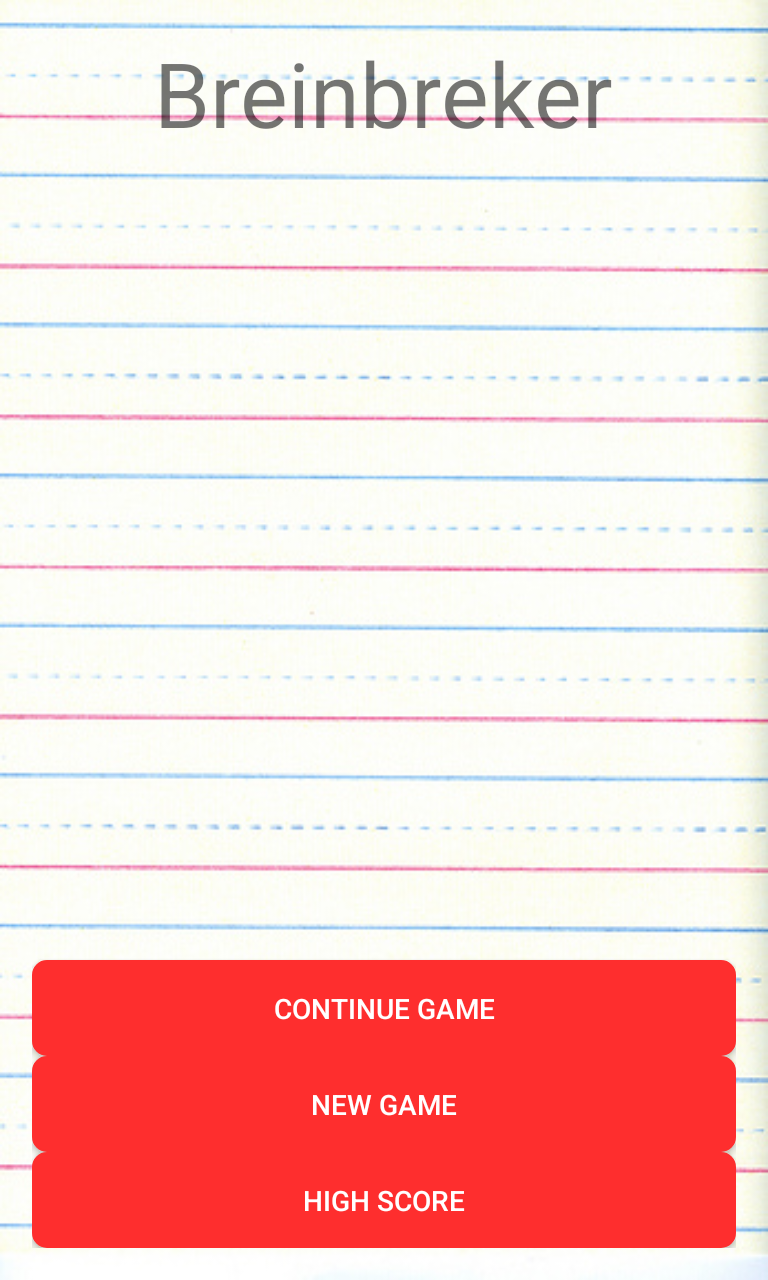
Repository: jelleswester/Breinbreker
Layout: Breinbreker/res/layout/activity_start_screen.xml
An editor plug-in stored every save of this project. The layout is shown before and after the next save, followed by the edit.
It is drawn on a 768 x 1280 px phone screen (xhdpi) without system bars, with theme AppTheme; the app's code is not run.

Above is the layout before, as saved 2015-01-22 21:03:59.

### Breinbreker/res/layout/activity_start_screen.xml
<RelativeLayout xmlns:android="http://schemas.android.com/apk/res/android"
    xmlns:tools="http://schemas.android.com/tools"
    android:layout_width="match_parent"
    android:layout_height="match_parent"
    android:paddingBottom="@dimen/activity_vertical_margin"
    android:paddingLeft="@dimen/activity_horizontal_margin"
    android:paddingRight="@dimen/activity_horizontal_margin"
    android:paddingTop="@dimen/activity_vertical_margin"
    android:background="@drawable/background"
    tools:context="nl.mprog.jelleswester.breinbreker.StartScreenActivity" >

    <TextView
        android:id="@+id/textView1"
        android:layout_width="wrap_content"
        android:layout_height="wrap_content"
        android:layout_alignParentTop="true"
        android:layout_centerHorizontal="true"
        android:text="@string/brein_breker"
        android:textSize="45sp" />

    <Button
        android:id="@+id/highScoreButton"
        android:layout_width="fill_parent"
        android:layout_height="wrap_content"
        android:layout_alignParentBottom="true"
        android:layout_centerHorizontal="true"
        android:onClick="highScoreButton"
        android:background="@drawable/button_shape"
        android:textColor="@color/white"
        android:text="@string/high_score" />

    <Button
        android:id="@+id/newGameButton"
        android:layout_width="fill_parent"
        android:layout_height="wrap_content"
        android:layout_above="@+id/highScoreButton"
        android:layout_alignLeft="@+id/highScoreButton"
        android:onClick="startButton"
        android:background="@drawable/button_shape"
        android:textColor="@color/white"
        android:text="@string/new_game" />

    <Button
        android:id="@+id/continueGameButton"
        android:layout_width="fill_parent"
        android:layout_height="wrap_content"
        android:layout_above="@+id/newGameButton"
        android:layout_alignLeft="@+id/newGameButton"
        android:onClick="startButton"
        android:background="@drawable/button_shape"
        android:textColor="@color/white"
        android:text="@string/continue_game" />

</RelativeLayout>

### Breinbreker/res/values/strings.xml
<?xml version="1.0" encoding="utf-8"?>
<resources>

    <string name="app_name">Breinbreker</string>
    <string name="hello_world">Hello world!</string>
    <string name="action_settings">Settings</string>
    <string name="title_activity_game_play">GamePlay</string>
    <string name="title_activity_high_score">HighScore</string>
    <string name="title_activity_you_won">YouWon</string>
    <string name="brein_breker">Breinbreker</string>
    <string name="start_game">START</string>
    <string name="high_score">High Score</string>
    <string name="back">Back</string>
    <string name="confirm">Confirm</string>
    <string name="you_won">You Won</string>
    <string name="congratulations">Congratulations!</string>
    <string name="high_score_entry">Please enter your name for your high score:</string>
    <string name="example_name">Bob</string>
    <string name="example_high_score">1.    Bob               03:59:15</string>
    <string name="characters">AAAA</string>
    <string name="symbol">+</string>
    <string name="symbol_equal">=</string>
    <string name="text">1234</string>
    <string name="continue_game">Continue Game</string>
    <string name="new_game">New Game</string>


</resources>

### Breinbreker/res/drawable-hdpi/button_shape.xml
<?xml version="1.0" encoding="UTF-8"?>
<shape
    xmlns:android="http://schemas.android.com/apk/res/android">
    <stroke
        android:width="1dp"
        android:color="#FE2E2E"/>
    <corners
        android:radius="7dp" />

    <padding
        android:left="1dp"
        android:right="1dp"
        android:top="1dp"
        android:bottom="1dp"/>

    <solid android:color="#FE2E2E"/>

</shape>

### Breinbreker/res/values/color.xml
<?xml version="1.0" encoding="utf-8"?>
<resources>
    <item name="white" type="color">#FFFFFF</item>
</resources>

Loaded but not shown: Breinbreker/res/values/styles.xml (common file); Breinbreker/res/values-v11/styles.xml (common file); Breinbreker/res/values-v14/styles.xml (common file); Breinbreker/res/values/dimens.xml (common file); Breinbreker/res/values-w820dp/dimens.xml (common file)

After the next save:
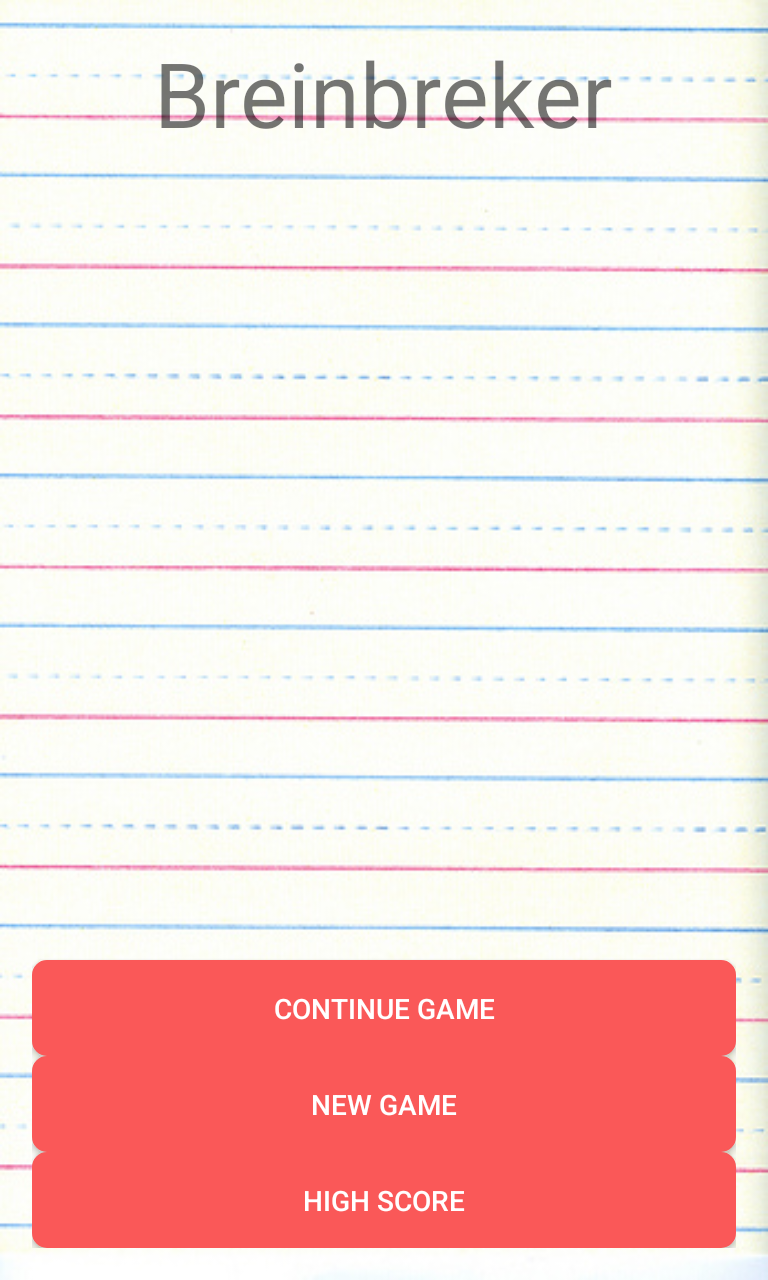
Saved 35 s later.
--- a/Breinbreker/res/drawable-hdpi/button_shape.xml
+++ b/Breinbreker/res/drawable-hdpi/button_shape.xml
@@ -3,7 +3,7 @@
     xmlns:android="http://schemas.android.com/apk/res/android">
     <stroke
         android:width="1dp"
-        android:color="#FE2E2E"/>
+        android:color="#FA5858"/>
     <corners
         android:radius="7dp" />
 
@@ -13,6 +13,6 @@
         android:top="1dp"
         android:bottom="1dp"/>
 
-    <solid android:color="#FE2E2E"/>
+    <solid android:color="#FA5858"/>
 
 </shape>
